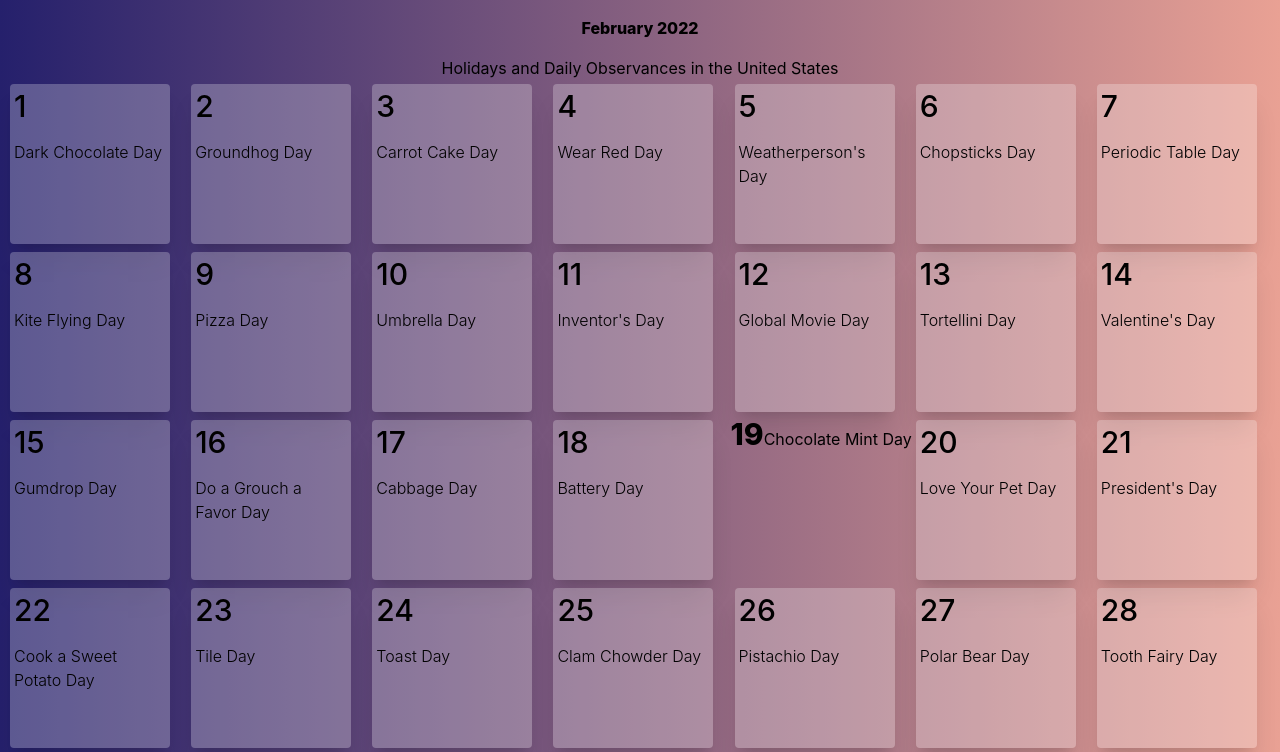
Repository: JohnMata0427/Examen-Bimestral-01-Frontend
Page: /
These files come from the project's save history. The page is drawn as it stood at one moment and after a run of saves; the edit follows.
The browser window is 1280 px wide. The pictures show the whole page.
The project was rebuilt for these pictures with package versions that can differ from the ones it lists, and the page was loaded fresh each time. Also part of the build but not shown: vite.config.js.

Above is the page before, as saved 2024-06-17 20:59:17.

After the next 3 saves:
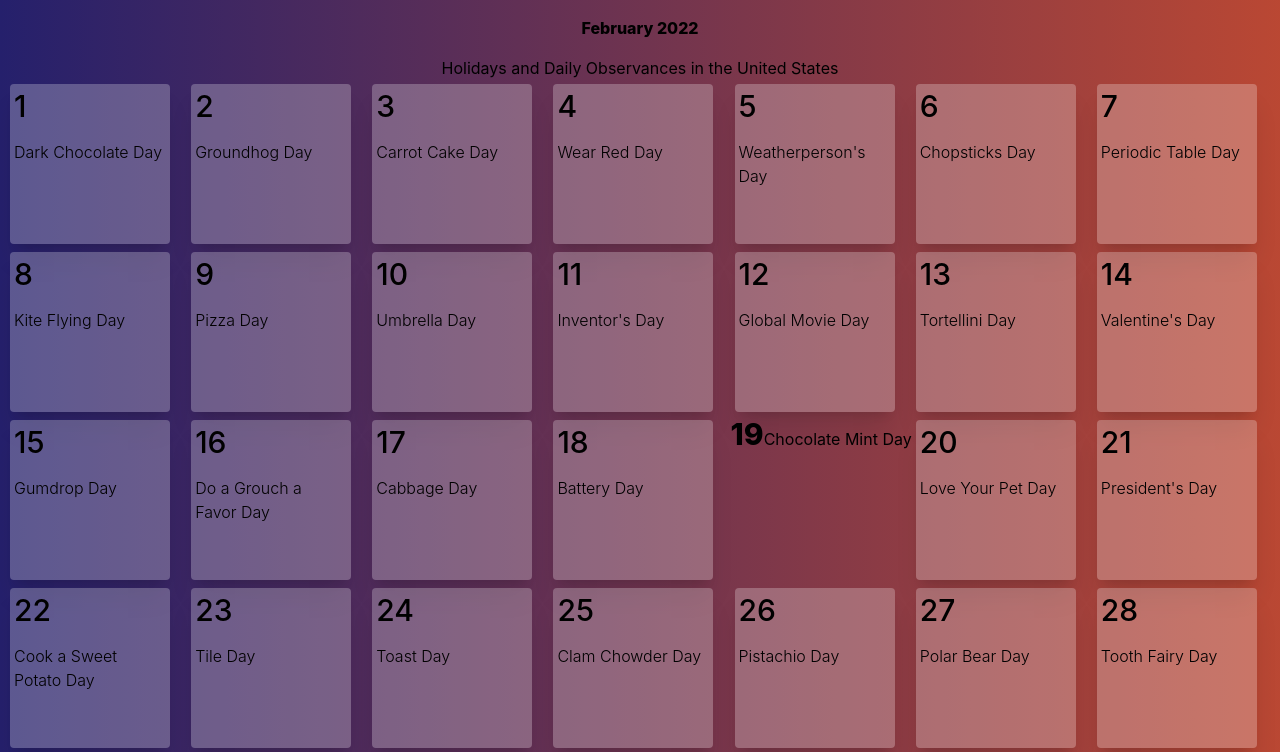
The 3 saves are shown as one change because they came seconds apart.
The last was saved 10 s later.
--- a/src/components/calendar.jsx
+++ b/src/components/calendar.jsx
@@ -1,6 +1,6 @@
 export default function Calendar(){
     return (
-        <div className="flex flex-col items-center bg-gradient-to-r from-[#25206c] to-[#e9a194]">
+        <div className="flex flex-col items-center bg-gradient-to-r from-[#25206c] to-[#b13019e2]">
             <h1 className="font-extrabold my-4">February 2022</h1>
             <p>Holidays and Daily Observances in the United States</p>
             <ul className="grid grid-cols-7 flex-wrap list-none">
